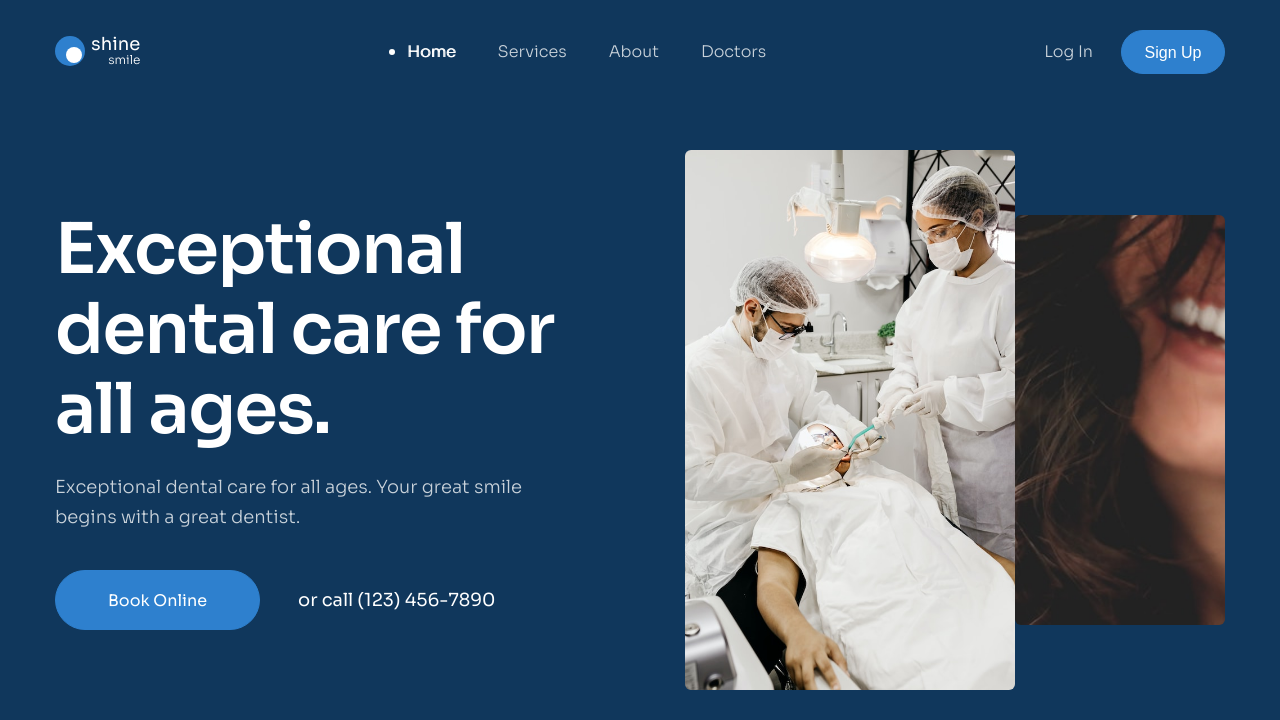
Repository: anhtien111198/f8-htmlcss-03
Page: index.html
An editor plug-in stored every save of this project. The page is shown before and after the next save, followed by the edit.
The browser window is 1280 px wide. The pictures show the whole page.

Above is the page before, as saved 2023-05-12 14:00:29.

### index.html
<!DOCTYPE html>
<html lang="en">
    <head>
        <meta charset="UTF-8" />
        <meta http-equiv="X-UA-Compatible" content="IE=edge" />
        <meta name="viewport" content="width=device-width, initial-scale=1.0" />
        <title>shine smile</title>
        <!-- favicon -->
        <link
            rel="apple-touch-icon"
            sizes="57x57"
            href="./assets/favicon/apple-icon-57x57.png"
        />
        <link
            rel="apple-touch-icon"
            sizes="60x60"
            href="./assets/favicon/apple-icon-60x60.png"
        />
        <link
            rel="apple-touch-icon"
            sizes="72x72"
            href="./assets/favicon/apple-icon-72x72.png"
        />
        <link
            rel="apple-touch-icon"
            sizes="76x76"
            href="./assets/favicon/apple-icon-76x76.png"
        />
        <link
            rel="apple-touch-icon"
            sizes="114x114"
            href="./assets/favicon/apple-icon-114x114.png"
        />
        <link
            rel="apple-touch-icon"
            sizes="120x120"
            href="./assets/favicon/apple-icon-120x120.png"
        />
        <link
            rel="apple-touch-icon"
            sizes="144x144"
            href="./assets/favicon/apple-icon-144x144.png"
        />
        <link
            rel="apple-touch-icon"
            sizes="152x152"
            href="./assets/favicon/apple-icon-152x152.png"
        />
        <link
            rel="apple-touch-icon"
            sizes="180x180"
            href="./assets/favicon/apple-icon-180x180.png"
        />
        <link
            rel="icon"
            type="image/png"
            sizes="192x192"
            href="./assets/favicon/android-icon-192x192.png"
        />
        <link
            rel="icon"
            type="image/png"
            sizes="32x32"
            href="./assets/favicon/favicon-32x32.png"
        />
        <link
            rel="icon"
            type="image/png"
            sizes="96x96"
            href="./assets/favicon/favicon-96x96.png"
        />
        <link
            rel="icon"
            type="image/png"
            sizes="16x16"
            href="./assets/favicon/favicon-16x16.png"
        />
        <link rel="manifest" href="./assets/favicon/manifest.json" />
        <meta name="msapplication-TileColor" content="#ffffff" />
        <meta
            name="msapplication-TileImage"
            content="./assets/favicon/ms-icon-144x144.png"
        />
        <meta name="theme-color" content="#ffffff" />
        <!-- font -->
        <link rel="preconnect" href="https://fonts.googleapis.com" />
        <link rel="preconnect" href="https://fonts.gstatic.com" crossorigin />
        <link
            href="https://fonts.googleapis.com/css2?family=Sora:wght@200;300;400;500;600;700;800&display=swap"
            rel="stylesheet"
        />
        <!-- reset css -->
        <link rel="stylesheet" href="./assets/css/reset.css" />
        <!-- style css -->
        <link rel="stylesheet" href="./assets/css/style.css" />
    </head>
    <body>
        <header class="header">
            <div class="container">
                <!-- header top -->
                <div class="header-top">
                    <!-- logo -->
                    <a href="/">
                        <div class="logo">
                            <span class="logo__circle"></span>
                            <span class="logo__text">
                                <span class="logo__brand">shine</span>
                                <span class="logo__brand logo__brand--small">
                                    smile
                                </span>
                            </span>
                        </div>
                    </a>
                    <!-- navbar -->
                    <nav class="navbar">
                        <ul class="navbar__list">
                            <li class="navbar__item">
                                <a
                                    href="#!"
                                    class="navbar__link navbar__link--active"
                                >
                                    Home
                                </a>
                            </li>
                            <li class="navbar__item">
                                <a href="#!" class="navbar__link">Services</a>
                            </li>
                            <li class="navbar__item">
                                <a href="#!" class="navbar__link">About</a>
                            </li>
                            <li class="navbar__item">
                                <a href="#!" class="navbar__link">Doctors</a>
                            </li>
                        </ul>
                    </nav>
                    <!-- action -->
                    <div class="header-action">
                        <a href="#!" class="header-action__login">Log In</a>
                        <button href="#!" class="btn header-action__signup">
                            Sign Up
                        </button>
                    </div>
                </div>
                <!-- Hero -->
                <section class="hero">
                    <!-- hero content -->
                    <section class="hero__content">
                        <h1 class="hero__heading">
                            Exceptional dental care for all ages.
                        </h1>
                        <p class="hero__desc">
                            Exceptional dental care for all ages. Your great
                            smile begins with a great dentist.
                        </p>
                        <div class="hero__row">
                            <a href="" class="btn">Book Online</a>
                            <span class="hero__phone"
                                >or call (123) 456-7890</span
                            >
                        </div>
                    </section>
                    <!-- hero media -->
                    <div class="hero__media">
                        <figure class="hero__images">
                            <img
                                src="./assets/image/hero-01jpg.jpg"
                                alt=""
                                class="hero__img"
                            />
                            <img
                                src="./assets/image/hero-02.jpg"
                                alt=""
                                class="hero__img"
                            />
                        </figure>
                    </div>
                </section>
            </div>
        </header>
    </body>
</html>

### assets/css/style.css
* {
    box-sizing: border-box;
}
:root {
    --header-bg: #10375c;
}
html {
    font-size: 62.5%;
}
body {
    font-size: 1.6rem;
    font-family: "Sora", sans-serif;
}
/* ======Common========= */
a {
    text-decoration: none;
}
.container {
    width: 1170px;
    max-width: calc(100% - 48px);
    margin: 0 auto;
}
.btn {
    --height: 60px;
    display: inline-block;
    min-width: 205px;
    height: var(--height);
    padding: 0 20px;
    border-radius: 99px;
    border: 1px solid #2e80ce;
    font-size: 1.6rem;
    font-weight: 400;
    line-height: var(--height);
    color: #fff;
    text-align: center;
    background: #2e80ce;
}
.btn:hover {
    opacity: 0.9;
    cursor: pointer;
}
/* ========header============= */
.header {
    min-height: 100vh;
    padding-top: 30px;
    background: var(--header-bg);
}
.logo {
    position: relative;
    display: inline-flex;
    font-size: 1rem;
}
.logo__circle::after,
.logo__circle::before {
    content: "";
    display: inline-block;
    border-radius: 50%;
}
.logo__circle::before {
    width: 3em;
    height: 3em;
    background: #2e80ce;
}
.logo__circle::after {
    position: absolute;
    top: 1.1em;
    left: 1.1em;
    width: 1.6em;
    height: 1.6em;
    background: #ffffff;
}
.logo__text {
    margin-left: 0.6em;
    text-align: right;
    line-height: 1.6em;
}
.logo__brand {
    display: block;
    font-size: 1.8em;
    font-weight: 400;
    color: #ffffff;
}
.logo__brand--small {
    font-size: 1.2em;
    font-weight: 300;
}
/* ========Header top========== */
.header-top {
    display: flex;
    align-items: center;
    justify-content: space-between;
}
.navbar__list {
    display: flex;
}
.header-action__login,
.navbar__link {
    padding: 4px 21px;
    font-weight: 300;
    font-size: 1.6rem;
    color: #c9d2da;
}
.navbar__link:hover,
.navbar__link--active {
    color: #fff;
    text-shadow: 1px 0 0 currentColor;
}
.navbar__link--active::before {
    position: relative;
    top: -2px;
    left: -8px;
    content: "";
    display: inline-block;
    width: 6px;
    height: 6px;
    border-radius: 50%;
    background: #fff;
}
.header-action {
    display: flex;
    align-items: center;
}
.header-action__login {
    margin-right: 7px;
}
.header-action__signup {
    --height: 44px;
    min-width: 104px;
}
/* ========hero=========== */
.hero {
    display: flex;
    align-items: center;
    margin-top: 76px;
}
.hero__content {
    flex-shrink: 0;
    width: 44%;
}
.hero__media {
    flex-grow: 1;
}
.hero__heading {
    font-weight: 600;
    font-size: 7rem;
    line-height: 1.14;
    letter-spacing: -0.02em;
    color: #ffffff;
}
.hero__desc {
    margin-top: 22px;
    font-weight: 300;
    font-size: 1.8rem;
    line-height: 1.67;
    color: #c9d2da;
}
.hero__row {
    display: flex;
    align-items: center;
    margin-top: 38px;
}
.hero__phone {
    margin-left: 38px;
    font-weight: 400;
    font-size: 1.8rem;
    line-height: 1.67;
    color: #ffffff;
}
.hero__images {
    display: flex;
    align-items: center;
    justify-content: flex-end;
}
.hero__img {
    width: 330px;
    height: 540px;
    border-radius: 6px;
    object-fit: cover;
}
.hero-img:first-child {
    position: relative;
    margin-right: -6px;
}
.hero__img:last-child {
    width: 210px;
    height: 410px;
}

Loaded but not shown: assets/css/reset.css (common file)

After the next save:
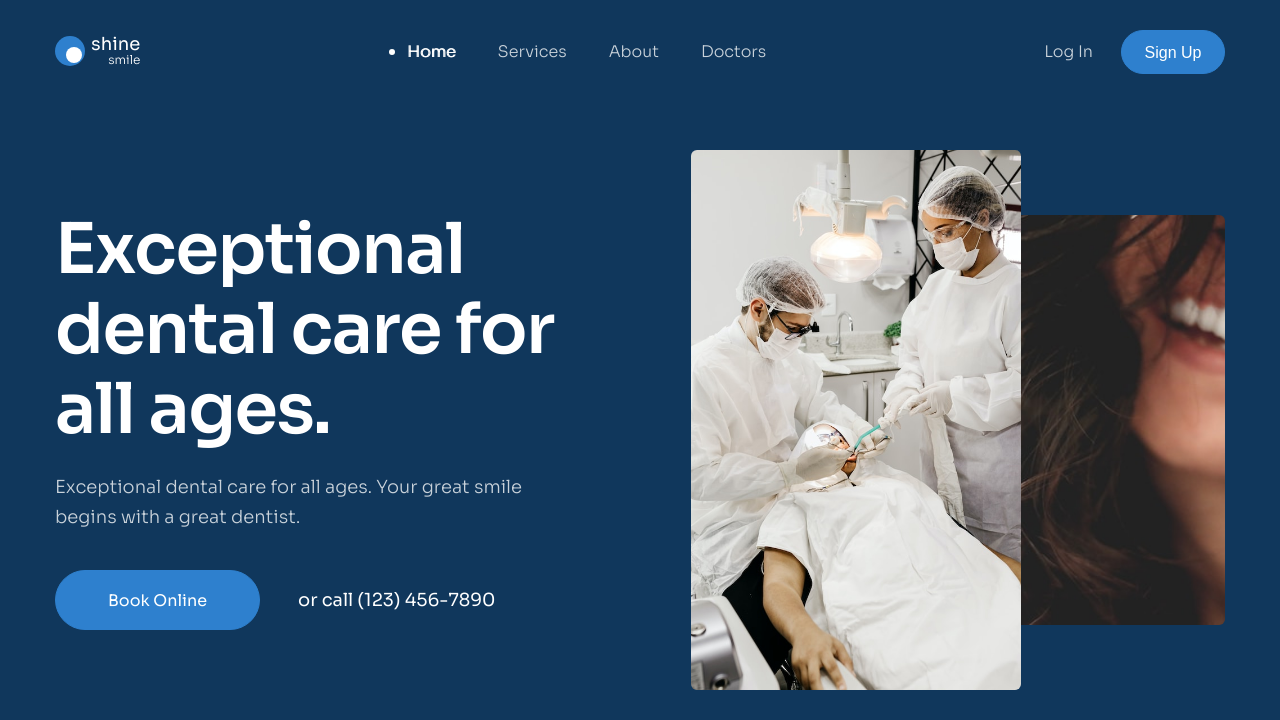
Saved 84 s later.
--- a/assets/css/style.css
+++ b/assets/css/style.css
@@ -177,7 +177,7 @@ a {
     border-radius: 6px;
     object-fit: cover;
 }
-.hero-img:first-child {
+.hero__img:first-child {
     position: relative;
     margin-right: -6px;
 }
